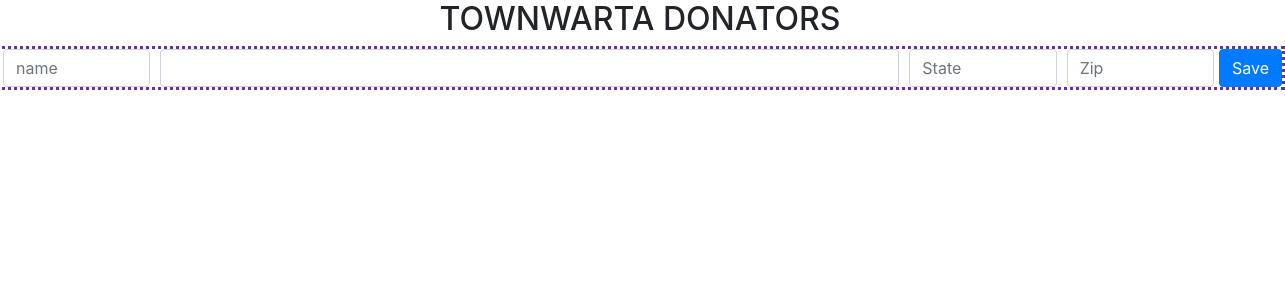
Repository: shivanand1988-28-06/townwarta
Page: http://localhost/donator/donator
The author's editor kept a copy of each file at every save. The page is drawn from the files as they stood at one save, then again after the next save.
The browser window is 1280 px wide. The page is 1285 px wide, so the pictures cover 1285 px, including what lies to the right of the window. The pictures show the whole page.
The page is served by the project's Node server (Townwarta.js).

Above is the page before, as saved 2022-08-30 21:11:39.

After the next save:
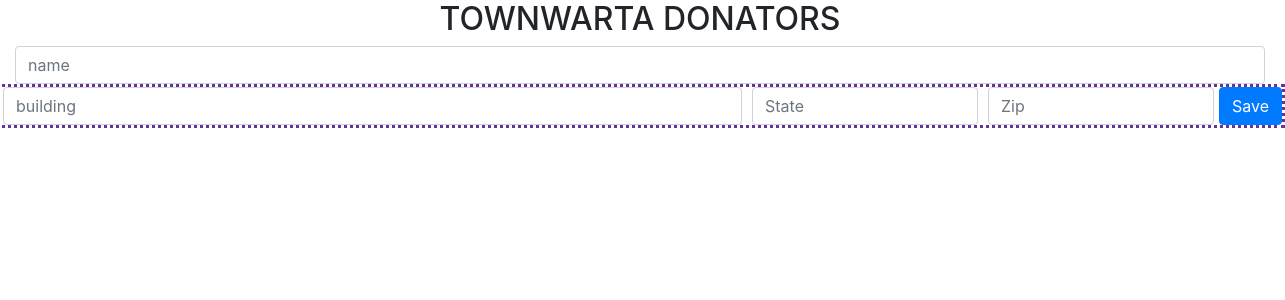
Saved 55 min 57 s later.
--- a/views/articles/donator.ejs
+++ b/views/articles/donator.ejs
@@ -11,12 +11,13 @@
 <body>
     <h2 style = "text-align : center">TOWNWARTA DONATORS</h2>
     <form >
+        <div class="col">
+            <input type="text" class="form-control" placeholder="name">
+          </div>
         <div class="form-row" style = "border: 3px rebeccapurple dotted;">
-            <div class="col">
-                <input type="text" class="form-control" placeholder="name">
-              </div>
+
           <div class="col-7">
-            <input type="text" class="form-control" placeholder="">
+            <input type="text" class="form-control" placeholder="building">
           </div>
           <div class="col">
             <input type="text" class="form-control" placeholder="State">
